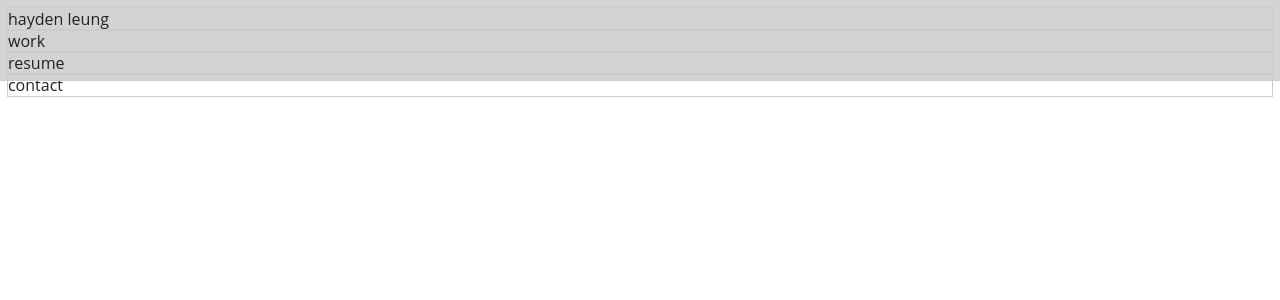
Repository: Haydenleung/Artifact
Page: /
These files come from the project's save history. The page is drawn as it stood at one moment and after the next save; the edit follows.
The browser window is 1280 px wide. The pictures show the whole page.
The project was rebuilt for these pictures with package versions that can differ from the ones it lists, and the page was loaded fresh each time. The framework's server and built-in components were replaced by stand-ins that run in the browser. Also part of the build but not shown: next.config.mjs.

Above is the page before, as saved 2024-01-26 22:09:08.

After the next save:
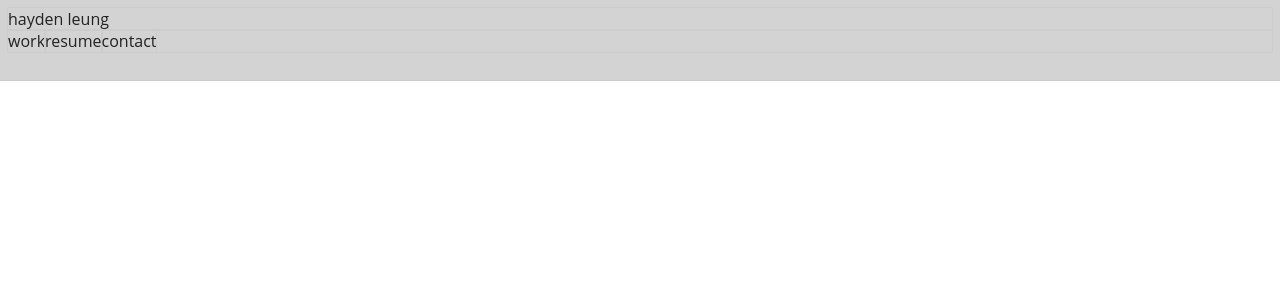
Saved 14 s later.
--- a/src/components/Navbar/navbar.module.css
+++ b/src/components/Navbar/navbar.module.css
@@ -7,4 +7,7 @@
 
 .logo {}
 
-.pages {}
+.pages {
+    display: flex;
+    flex-direction: row;
+}
